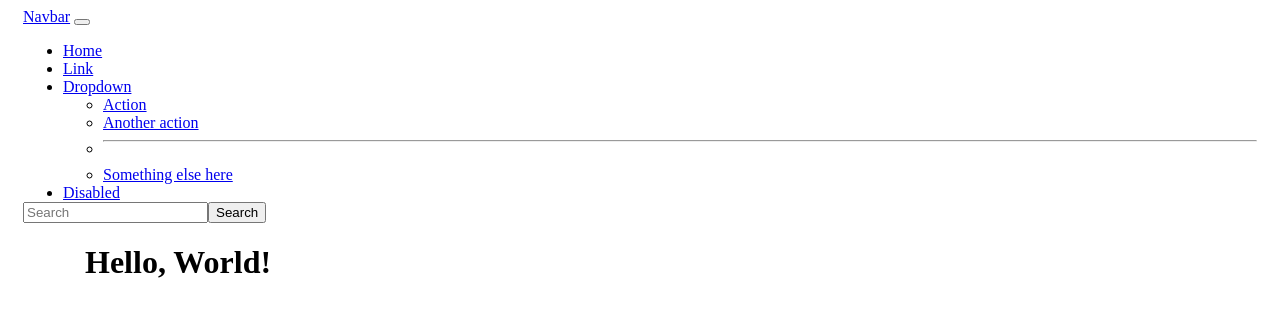
Repository: deividwsantoss/WEBD6201-W2021-Week1-lab1
Page: index.html
These files come from the project's save history. The page is drawn as it stood at one moment and after the next save; the edit follows.
The browser window is 1280 px wide. The pictures show the whole page.

Above is the page before, as saved 2021-02-01 20:02:25.

### index.html
<!DOCTYPE html>
<html lang="en">
<head>
    <meta charset="UTF-8">
    <meta name="viewport" content="width=device-width, initial-scale=1.0">
    <title>Hello, World!</title>
    <!-- CSS SEction -->
    <link rel="stylesheet" href="./node_modules/bootstrap/dist/css/bootstrap-grid.min.css">
    <link rel="stylesheet" href="./node_modules/@fortawesome/fontawesome-free/css/all.min.css">
    <link rel="stylesheet" href="./Content/app.css">
</head>
<body>

    <nav class="navbar navbar-expand-lg navbar-light bg-light">
        <div class="container-fluid">
          <a class="navbar-brand" href="#">Navbar</a>
          <button class="navbar-toggler" type="button" data-bs-toggle="collapse" data-bs-target="#navbarSupportedContent" aria-controls="navbarSupportedContent" aria-expanded="false" aria-label="Toggle navigation">
            <span class="navbar-toggler-icon"></span>
          </button>
          <div class="collapse navbar-collapse" id="navbarSupportedContent">
            <ul class="navbar-nav me-auto mb-2 mb-lg-0">
              <li class="nav-item">
                <a class="nav-link active" aria-current="page" href="#">Home</a>
              </li>
              <li class="nav-item">
                <a class="nav-link" href="#">Link</a>
              </li>
              <li class="nav-item dropdown">
                <a class="nav-link dropdown-toggle" href="#" id="navbarDropdown" role="button" data-bs-toggle="dropdown" aria-expanded="false">
                  Dropdown
                </a>
                <ul class="dropdown-menu" aria-labelledby="navbarDropdown">
                  <li><a class="dropdown-item" href="#">Action</a></li>
                  <li><a class="dropdown-item" href="#">Another action</a></li>
                  <li><hr class="dropdown-divider"></li>
                  <li><a class="dropdown-item" href="#">Something else here</a></li>
                </ul>
              </li>
              <li class="nav-item">
                <a class="nav-link disabled" href="#" tabindex="-1" aria-disabled="true">Disabled</a>
              </li>
            </ul>
            <form class="d-flex">
              <input class="form-control me-2" type="search" placeholder="Search" aria-label="Search">
              <button class="btn btn-outline-success" type="submit">Search</button>
            </form>
          </div>
        </div>
      </nav>

        <div class="container">
            <h1>Hello, World!</h1>
        </div>


    <!-- JavaScript Section -->
        <script src="./node_modules/jquery/dist/jquery.min.js"></script>
        <script src="./node_modules/bootstrap/dist/js/bootstrap.bundle.min.js"></script>
        <script src="./Scripts/app.js"></script>
</body>
</html>

### Content/app.css
/* Custom css goes here */

### Scripts/app.js
/* Custom scripts goes here */

//IIFE - Immediately invoked function expression
//AKA: Anonymous Self-Executing Function

(function()
{

    //initialization function
    function Start()
    {
        console.log("App Started...");
    }

    //event listener
    window.addEventListener("load",Start);

})();

Loaded but not shown: node_modules/bootstrap/dist/css/bootstrap-grid.min.css (library); node_modules/@fortawesome/fontawesome-free/css/all.min.css (library); node_modules/jquery/dist/jquery.min.js (library); node_modules/bootstrap/dist/js/bootstrap.bundle.min.js (library)

After the next save:
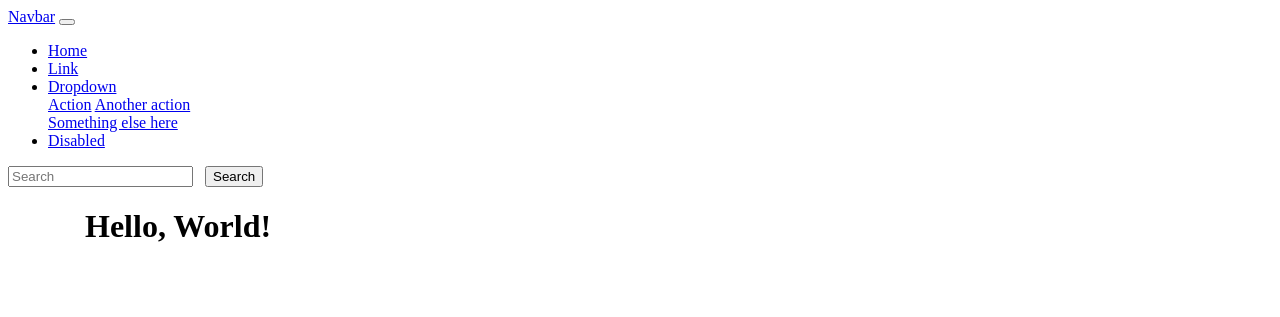
Saved 4 min 39 s later.
--- a/index.html
+++ b/index.html
@@ -10,43 +10,42 @@
     <link rel="stylesheet" href="./Content/app.css">
 </head>
 <body>
+    <nav class="navbar navbar-expand-lg navbar-light bg-light">
+        <a class="navbar-brand" href="#">Navbar</a>
+        <button class="navbar-toggler" type="button" data-toggle="collapse" data-target="#navbarSupportedContent" aria-controls="navbarSupportedContent" aria-expanded="false" aria-label="Toggle navigation">
+          <span class="navbar-toggler-icon"></span>
+        </button>
 
-    <nav class="navbar navbar-expand-lg navbar-light bg-light">
-        <div class="container-fluid">
-          <a class="navbar-brand" href="#">Navbar</a>
-          <button class="navbar-toggler" type="button" data-bs-toggle="collapse" data-bs-target="#navbarSupportedContent" aria-controls="navbarSupportedContent" aria-expanded="false" aria-label="Toggle navigation">
-            <span class="navbar-toggler-icon"></span>
-          </button>
-          <div class="collapse navbar-collapse" id="navbarSupportedContent">
-            <ul class="navbar-nav me-auto mb-2 mb-lg-0">
-              <li class="nav-item">
-                <a class="nav-link active" aria-current="page" href="#">Home</a>
-              </li>
-              <li class="nav-item">
-                <a class="nav-link" href="#">Link</a>
-              </li>
-              <li class="nav-item dropdown">
-                <a class="nav-link dropdown-toggle" href="#" id="navbarDropdown" role="button" data-bs-toggle="dropdown" aria-expanded="false">
-                  Dropdown
-                </a>
-                <ul class="dropdown-menu" aria-labelledby="navbarDropdown">
-                  <li><a class="dropdown-item" href="#">Action</a></li>
-                  <li><a class="dropdown-item" href="#">Another action</a></li>
-                  <li><hr class="dropdown-divider"></li>
-                  <li><a class="dropdown-item" href="#">Something else here</a></li>
-                </ul>
-              </li>
-              <li class="nav-item">
-                <a class="nav-link disabled" href="#" tabindex="-1" aria-disabled="true">Disabled</a>
-              </li>
-            </ul>
-            <form class="d-flex">
-              <input class="form-control me-2" type="search" placeholder="Search" aria-label="Search">
-              <button class="btn btn-outline-success" type="submit">Search</button>
-            </form>
-          </div>
+        <div class="collapse navbar-collapse" id="navbarSupportedContent">
+          <ul class="navbar-nav mr-auto">
+            <li class="nav-item active">
+              <a class="nav-link" href="#">Home <span class="sr-only">(current)</span></a>
+            </li>
+            <li class="nav-item">
+              <a class="nav-link" href="#">Link</a>
+            </li>
+            <li class="nav-item dropdown">
+              <a class="nav-link dropdown-toggle" href="#" id="navbarDropdown" role="button" data-toggle="dropdown" aria-haspopup="true" aria-expanded="false">
+                Dropdown
+              </a>
+              <div class="dropdown-menu" aria-labelledby="navbarDropdown">
+                <a class="dropdown-item" href="#">Action</a>
+                <a class="dropdown-item" href="#">Another action</a>
+                <div class="dropdown-divider"></div>
+                <a class="dropdown-item" href="#">Something else here</a>
+              </div>
+            </li>
+            <li class="nav-item">
+              <a class="nav-link disabled" href="#">Disabled</a>
+            </li>
+          </ul>
+          <form class="form-inline my-2 my-lg-0">
+            <input class="form-control mr-sm-2" type="search" placeholder="Search" aria-label="Search">
+            <button class="btn btn-outline-success my-2 my-sm-0" type="submit">Search</button>
+          </form>
         </div>
       </nav>
+
 
         <div class="container">
             <h1>Hello, World!</h1>
